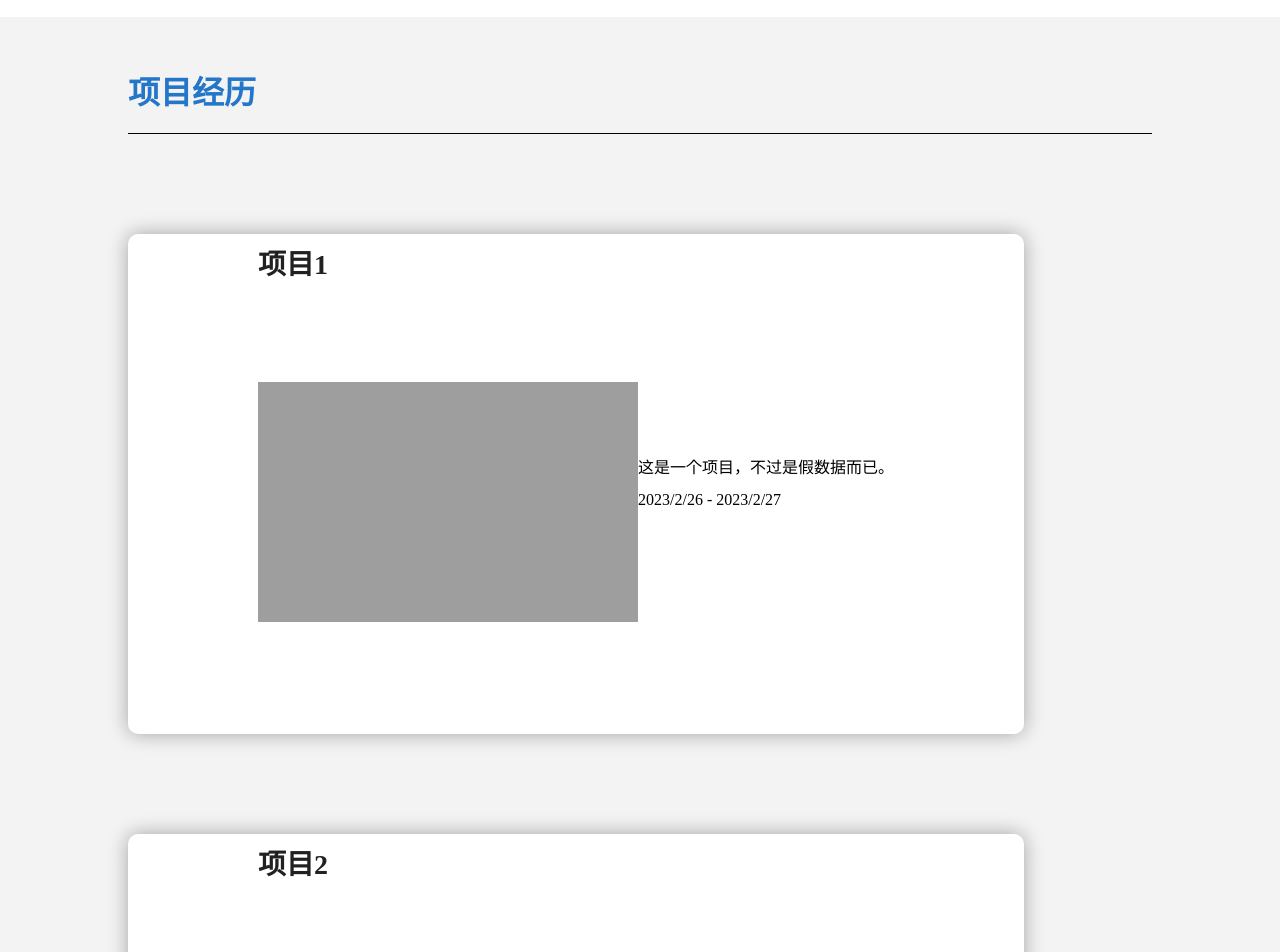
Repository: TheBiggestFatCat/myblog-frontend
Page: /
The author's editor kept a copy of each file at every save. The page is drawn from the files as they stood at one save, then again after the next save.
The browser window is 1280 px wide. The pictures show the part of the page from y = 1082 to 2034 px (the page is 3166 px tall).
Pictures or frames that could not be fetched are drawn as grey boxes. The project was rebuilt for these pictures with package versions that can differ from the ones it lists, and the page was loaded fresh each time. Also part of the build but not shown: vite.config.ts.

Above is the page before, as saved 2023-02-26 11:57:45.

### src/style.css
* {
  margin: 0;
  box-sizing: border-box;
  padding: 0;
}

/* :root {
  font-family: Inter, system-ui, Avenir, Helvetica, Arial, sans-serif;
  line-height: 1.5;
  font-weight: 400;

  color-scheme: light dark;
  color: rgba(255, 255, 255, 0.87);
  background-color: #242424;

  font-synthesis: none;
  text-rendering: optimizeLegibility;
  -webkit-font-smoothing: antialiased;
  -moz-osx-font-smoothing: grayscale;
  -webkit-text-size-adjust: 100%;
}

a {
  font-weight: 500;
  color: #646cff;
  text-decoration: inherit;
}
a:hover {
  color: #535bf2;
}

body {
  margin: 0;
  display: flex;
  place-items: center;
  min-width: 320px;
  min-height: 100vh;
}

h1 {
  font-size: 3.2em;
  line-height: 1.1;
}

button {
  border-radius: 8px;
  border: 1px solid transparent;
  padding: 0.6em 1.2em;
  font-size: 1em;
  font-weight: 500;
  font-family: inherit;
  background-color: #1a1a1a;
  cursor: pointer;
  transition: border-color 0.25s;
}
button:hover {
  border-color: #646cff;
}
button:focus,
button:focus-visible {
  outline: 4px auto -webkit-focus-ring-color;
}

.card {
  padding: 2em;
}

#app {
  max-width: 1280px;
  margin: 0 auto;
  padding: 2rem;
  text-align: center;
}

@media (prefers-color-scheme: light) {
  :root {
    color: #213547;
    background-color: #ffffff;
  }
  a:hover {
    color: #747bff;
  }
  button {
    background-color: #f9f9f9;
  }
} */

### src/App.vue
<script setup lang="ts">
import Home from './components/Home/Home.vue';
</script>

<template>
  <Home/>
</template>

<style scoped>
</style>

### src/components/Home/Home.vue
<template>
  <div class="home">
    <!-- 导航栏 -->
    <Navigation></Navigation>

    <!-- 头部 -->
    <div class="home-top">
      <div class="avatar">
        <img :src="avatar" alt="Image">
      </div>
      <div class="avatar-right">
        <h2>{{ name }}</h2>
        <div class="border"></div>
        <p v-for="i in introduction" :key="i">{{ i }}</p>
        <a href="https://github.com/" target="_blank">
          <button><img src="@/assets/icons/github.svg" style="position: relative; top: 4px;" alt=""></button>
        </a>
        <a href="https://blog.csdn.net/" target="_blank">
          <button><img src="@/assets/icons/csdn.svg" style="position: relative; top: 2px; width: 24px" alt=""></button>
        </a>
      </div>
    </div>

    <!-- 头部以下 -->
    <div class="home-body">
      <!-- 个人介绍 -->
      <div class="personal">
        <h3>个人介绍</h3>
        <div class="border"></div>
        <p v-for="i in personalText">{{ i }}</p>
      </div>
      <!-- 项目经历 -->
      <div class="project">
        <h3>项目经历</h3>
        <div class="border"></div>
        <div class="project-bg" v-for="i in project">
          <div class="left">
            <h3 class="title">{{ i.title }}</h3>
            <img :src="i.img" alt="Image">
          </div>
          <div class="right">
            <p class="text">{{ i.text }}</p>
            <p class="date">{{ i.date }}</p>
          </div>
        </div>
      </div>
    </div>
  </div>
</template>

<script lang='ts' setup>
import Navigation from './Navigation.vue';
import { ref } from 'vue'

// 头部

// 头像
const avatar = 'src/assets/pics/avatar.jpg'

// 姓名
const name = '张齐煜'

// 顶部介绍，允许多行
const introduction = [
  '一只来自外星的猫猫虫。',
]

// 头部以下

// 个人介绍，允许多行
const personalText = [
  '你好，让我来介绍一下：他是理想成为一名全栈程序员的小（大）可爱，张齐煜。实名上网的感觉，还是不太习惯呢。(๑•́ ₃ •̀๑)',
  '就是写这个网站的人，有着还算活泼开朗的性格，善于表达，所以人缘一直很好，也当过老师哦。（诶嘿~(✿◡‿◡)）',
  '别人说这个人挺机灵的，秋游的时候批发饮料到车上和景区倒卖，虽然现在看看挺傻的。不过大学里和同学一起做点项目也赚了一点小钱，这比小时候犯傻赚的多多了吧。',
  '他真的是很喜欢计算机的，这个愣头青高考志愿所有学校只填了计算机专业。不过现在看来他真的学的真的开心，专业课也全是高分。他的B站首页也一直给他推计算机有关的视频，对这个领域的最新技术，他还是很关注的。',
  '',
  '他入校以来一直积极参与Steam编程社团的活动，在大二的时候还在社团中当了几次讲师，给学弟学妹讲讲python的基础语法之类的。说到讲课，之前实习的时候还当给小学生讲python的老师哦。',
  '之前担任数据科学双创社的社长，参与团队项目，负责python爬虫和前端网页的开发。虽然关于python，爬虫什么的现在已经好久不做了，但说不定待他精通JS后还会回去看看呢？',
  '通常在项目中担任组长，组织完成期末小组作业、参加双创赛、三创赛的项目等。没错，接活的时候还要天天和客户对线，但这就是领导的职责嘛。',
  '英语水平虽然不怎么样但还是过了CET4，并且熟练使用谷歌翻译、有道词典、百度翻译。普通话还是挺标准的，上海话也不是洋泾浜（哈哈）。',
  '下面介绍专业技能，咳咳。他熟悉HTML、CSS、JS(ES6)等web开发语言，能够使用VUE2/VUE3编写组件参与项目（这个网站就是vue写的），以及微信小程序开发（赚了不少钱）。了解REACT等其他框架（还是最喜欢VUE），能够使用node.js进行后端开发，包括express框架，mySQL（没错这些也是网站的组成部分之一）。熟练使用git进行团队协作开发。熟练使用office办公软件以及邮箱等常用工具。'
]

// 项目经历

const project = [
  {
    img: 'src/assets/pics/project1.png',
    title: '项目1',
    text: '这是一个项目，不过是假数据而已。',
    date: '2023/2/26 - 2023/2/27'
  },
  {
    img: 'src/assets/pics/project2.png',
    title: '项目2',
    text: '这是一个项目，不过是假数据而已。',
    date: '2023/2/26 - 2023/2/27'
  },
  {
    img: 'src/assets/pics/project3.png',
    title: '项目3',
    text: '这是一个项目，不过是假数据而已。',
    date: '2023/2/26 - 2023/2/27'
  },
]

</script>

<style lang="less" scoped>
.home-top {
  width: 100vw;
  height: 400px;
  align-items: center;
  display: flex;
  flex-flow: row nowrap;
  justify-content: center;

  .avatar {
    width: 300px;
    height: 200px;
    padding-right: 60px;

    img {
      width: 200px;
      height: 200px;
      border-radius: 50%;
    }
  }

  .avatar-right {
    width: 400px;
    height: 160px;

    h2 {
      font-size: 32px;
    }

    .border {
      margin: 20px 0 20px 0;
      width: 100%;
      border-top: 1px solid #000;
    }

    p {
      margin-bottom: 20px;
    }

    // github按钮
    a:nth-of-type(1) button {
      background-color: #24292e;
      color: #fff;
      padding: 8px 30px;
      border: none;
      border-radius: 5px;
      font-size: 16px;
      cursor: pointer;
      transition: all .2s;
    }

    a:nth-of-type(1) button:hover {
      background-color: #3e4147;
    }

    // csdn按钮
    a:nth-of-type(2) button{
      background-color: #d66639;
      color: #fff;
      padding: 8px 30px;
      border: none;
      border-radius: 5px;
      font-size: 16px;
      cursor: pointer;
      transition: all .2s;
      margin-left: 20px;
    }

    a:nth-of-type(2) button:hover {
      background-color: #d87d59;
    }
  }
}

.home-top::before {
  content: "";
  position: absolute;
  top: 0;
  left: 0;
  width: 100vw;
  height: 400px;
  // width: 100%;
  // height: 100%;
  background-image: url(@/assets/pics/home3.jpg);
  background-position: 0 -400px;
  background-size: cover;
  filter: blur(2px);
  /* 设置模糊半径 */
  opacity: 0.85;
  /* 设置不透明度 */
  z-index: -1;
  /* 将遮罩层放在最底层 */
}
// 头部以下
.home-body {
  height: 1000px;
  background-color: #d8d8d8;
  // 个人介绍
  .personal {
    background-color: #fff;
    padding: 50px 10vw 50px 10vw;
    h3 {
      font-size: 32px;
      color: #2376c8;
    }
    .border {
      width: 100%;
      margin: 20px 0 20px 0;
      border-top: 1px solid #000;
    }
    p {
      line-height: 200%;
    }
  }
  // 项目经历
  .project {
    background-color: #f3f3f3;
    padding: 50px 10vw 50px 10vw;
    h3 {
      font-size: 32px;
      color: #2376c8;
    }
    .border {
      width: 100%;
      margin: 20px 0 20px 0;
      border-top: 1px solid #000;
    }
    p {
      line-height: 200%;
    }
    .project-bg {
      display: flex;
      flex-flow: row nowrap;
      justify-content: center;
      align-items: center;
      margin: 100px 0 100px 0 ;
      width: 70vw;
      height: 500px;
      background-color: #fff;
      border-radius: 10px;
      box-shadow: 0 0 20px rgba(1, 1, 1, 0.33);
      img {
        width: 380px;
        height: 240px;
      }
      .left {
        h3 {
          position: relative;
          bottom: 100px;
          font-size: 28px;
          color: #212121;
        }
      }
      .right {
        width: ;
      }
    }
  }


}
</style>

### src/components/Home/Navigation.vue
<template>
  <nav :class="{'bg-white': !isTop, 'bg-blur': isTop}">
      <div class="logo">小怪兽的神秘山洞</div>
        <div class="ui">
          <div>个人介绍</div>
          <div>项目经历</div>
          <div>专业能力</div>
          <div>个人技术解决</div>
          <div>项目开发需求</div>
        </div>
  </nav>
</template>

<script lang="ts">
import { onMounted, onUnmounted, ref } from 'vue'

export default {
  name: 'Navigation',

  setup() {
    const isTop = ref(true)

    const handleScroll = () => {
      isTop.value = window.pageYOffset === 0
    }

    onMounted(() => {
      window.addEventListener('scroll', handleScroll)
    })

    onUnmounted(() => {
      window.removeEventListener('scroll', handleScroll)
    })

    return { isTop }
  }
}
</script>

<style lang="less" scoped>
nav {
  position: fixed;
  height: 64px;
  top: 0;
  left: 0;
  right: 0;
  padding: 0 20px 0 20px;
  transition: background-color 0.3s ease-in-out;
  display: flex;
  justify-content: space-between;
  align-items: center;
}


.logo {
  font-weight: bold;
  font-size: 24px;
}

.ui {
  display: flex;
  list-style: none;
  margin: 0;
  padding: 0;
  height: 100%;
  div {
    position: relative;
    display: flex;
    padding: 0 10px 0 10px;
    align-items: center;
    margin-left: 40px;
    height: 100%;
    cursor: pointer;
  }

  div::before {
    content: "";
    position: absolute;
    top: 0;
    left: 0;
    right: 0;
    bottom: 0;
    opacity: 0;
    background-color: rgba(0, 0, 0, 0.5); /* 半透明的灰色背景 */
    transition: opacity 0.3s ease;
  }

  div:hover::before {
  opacity: 0.3;
}
}



.bg-white {
  background-color: white;
}

.bg-blur {
  background-color: rgba(255, 255, 255, 0.198);
  backdrop-filter: blur(10px);
}
</style>

Loaded but not shown: index.html (common file); src/main.ts (common file)

After the next save:
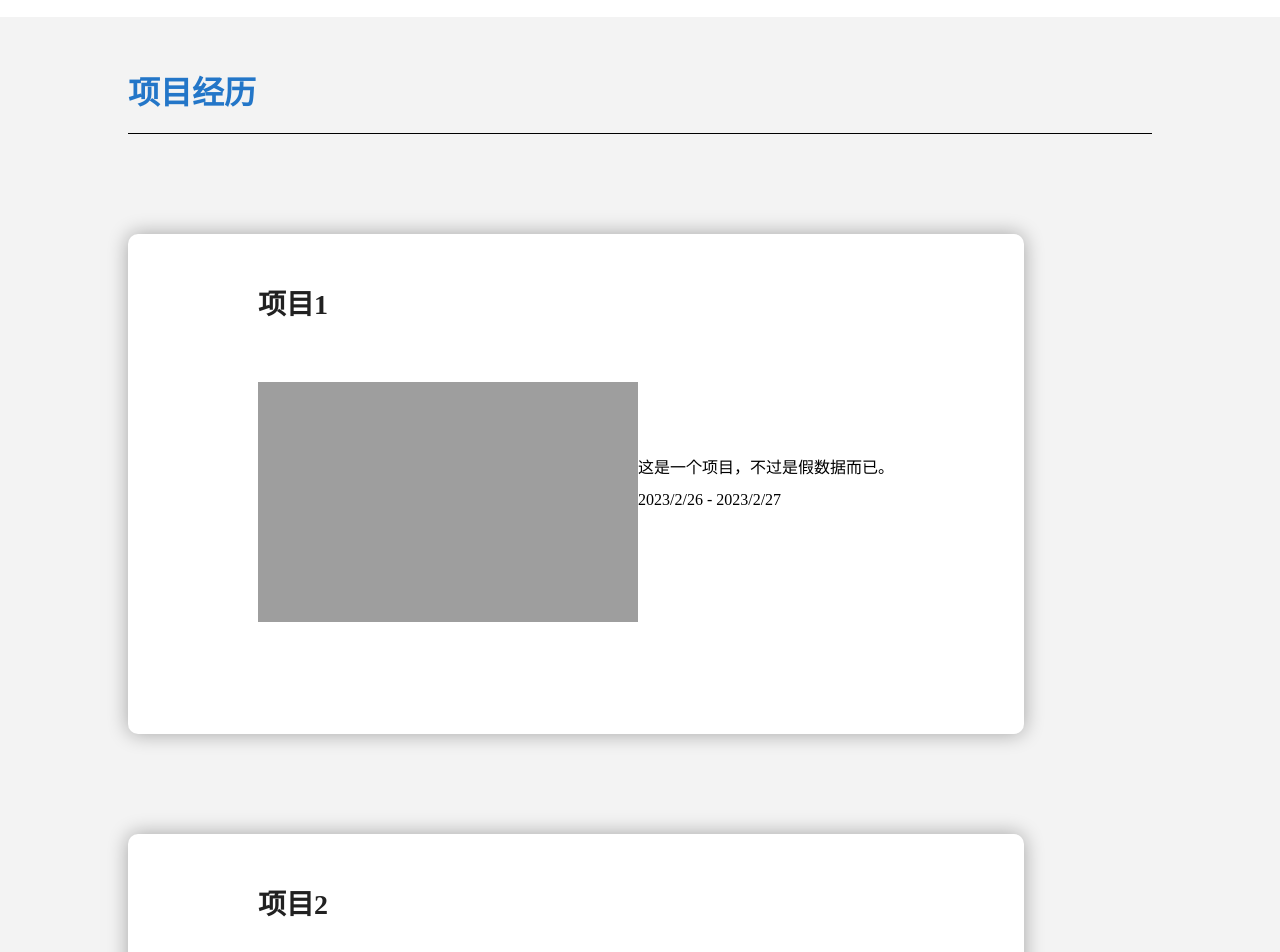
Saved 4 s later.
--- a/src/components/Home/Home.vue
+++ b/src/components/Home/Home.vue
@@ -254,7 +254,7 @@ const project = [
       .left {
         h3 {
           position: relative;
-          bottom: 100px;
+          bottom: 60px;
           font-size: 28px;
           color: #212121;
         }
